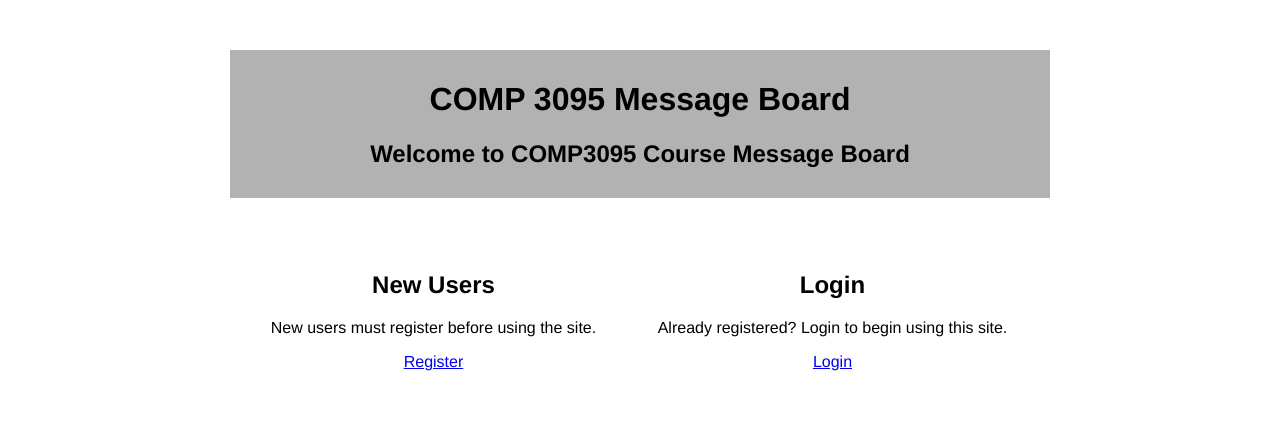
Repository: JesseFo/Whitespace
Page: whitespace/WebContent/WEB-INF/index.html
These files come from the project's save history. The page is drawn as it stood at one moment and after the next save; the edit follows.
The browser window is 1280 px wide. The pictures show the whole page.

Above is the page before, as saved 2015-10-14 02:55:36.

### whitespace/WebContent/WEB-INF/index.html
<!DOCTYPE html>
<html>
	<head>
		<meta charset="ISO-8859-1">
		<title>Insert title here</title>
		<link rel="stylesheet" type="text/css" href="index.css" />
	</head>

	<body>
		<div id="wrapper">
			<div id="title">
				<h1>COMP 3095 Message Board</h1>
				<h2>Welcome to COMP3095 Course Message Board</h2>
			</div>

			<div id="content">
				<table><tr>
					<td>
						<h2>New Users</h2>
						<p>New users must register before using the site.</p>
						<a href="#">Register</a>
					</td>
					<td>
						<h2>Login</h2>
						<p>Already registered? Login to begin using this site.</p>
						<a href="#">Login</a>
					</td>
				</tr></table>
			</div>
		</div>
	</body>
</html>

### whitespace/WebContent/WEB-INF/index.css
@CHARSET "ISO-8859-1";

#wrapper{
	font-family: Helvetica, Arial, sans-serif;
}

#title{
	text-align: center;
	background: #B2B2B2;
	padding: 10px;
	width: 800px;
	margin: 50px auto;
}

#content{
	text-align: center;
	width: 800px;
	margin: 0px auto 15px;
}

#content > table{
	width: 100%;
}

After the next save:
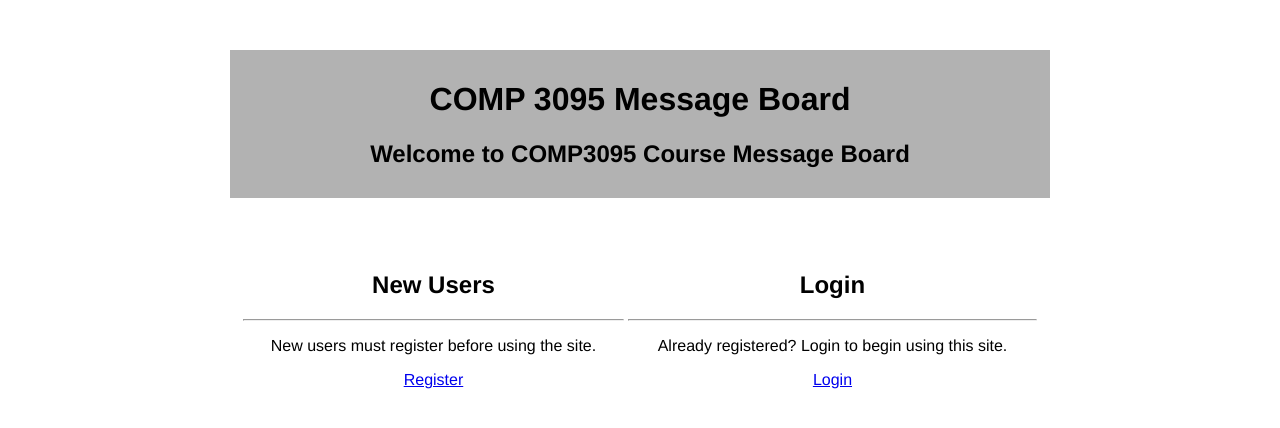
Saved 18 s later.
--- a/whitespace/WebContent/WEB-INF/index.html
+++ b/whitespace/WebContent/WEB-INF/index.html
@@ -17,11 +17,13 @@
 				<table><tr>
 					<td>
 						<h2>New Users</h2>
+						<hr />
 						<p>New users must register before using the site.</p>
 						<a href="#">Register</a>
 					</td>
 					<td>
 						<h2>Login</h2>
+						<hr />
 						<p>Already registered? Login to begin using this site.</p>
 						<a href="#">Login</a>
 					</td>
